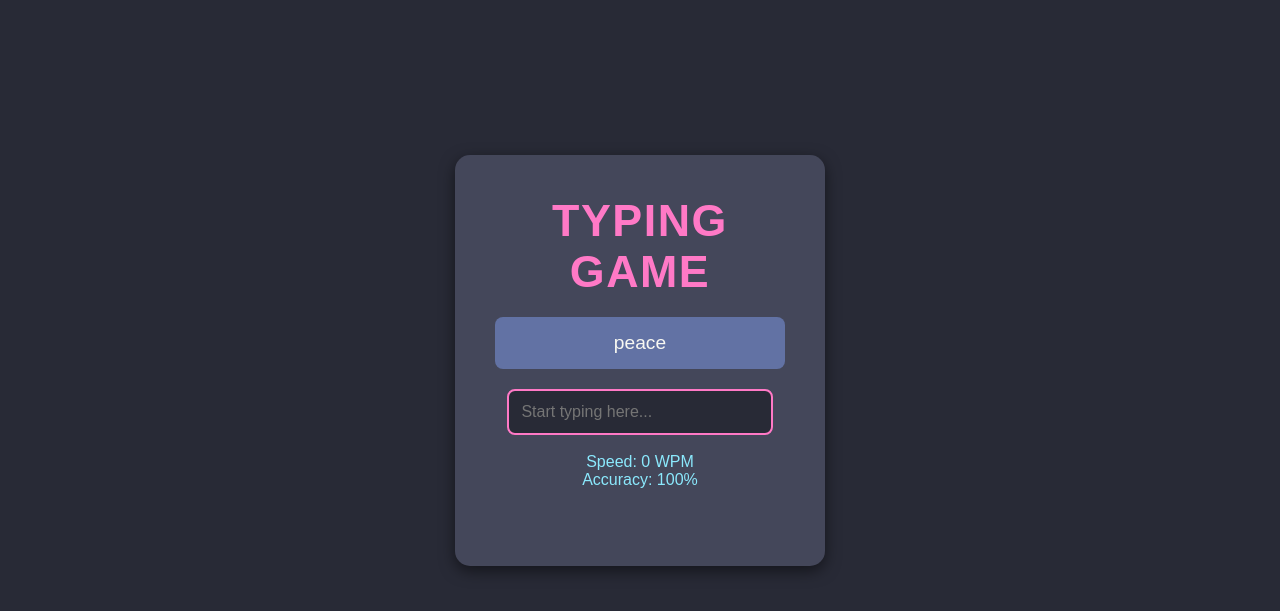
Repository: AlaaYou/Typing-Speed-Game
Page: index.html
An editor plug-in stored every save of this project. The page is shown before and after the next save, followed by the edit.
The browser window is 1280 px wide. The pictures show the whole page.

Above is the page before, as saved 2024-10-21 00:24:55.

### index.html
<!DOCTYPE html>
<html lang="en">
  <head>
    <meta charset="UTF-8" />
    <meta name="viewport" content="width=device-width, initial-scale=1.0" />
    <title>Typing Game</title>
    <link rel="stylesheet" href="styles.css" />
  </head>
  <body>
    <div id="game-container">
      <h1>Typing Game</h1>
      <p id="text-to-type">Here will be the text the user needs to type...</p>
      <input type="text" id="typing-input" placeholder="Start typing here..." />
      <div id="feedback">
        <br><p>Speed: <span id="speed">0</span> WPM</p>
        <p>Accuracy: <span id="accuracy">100</span>%</p>
      </div>
      <div id="message-area"></div>
    </div>
    <script src="script.js"></script>
  </body>
</html>

### styles.css
* {
  margin: 0;
  padding: 0;
  box-sizing: border-box;
}

body,
html {
  font-family: "Poppins", sans-serif;
  display: flex;
  justify-content: center;
  align-items: center;
  height: 100vh;
  background-color: #282a36;
  color: #f8f8f2;
}

#game-container {
  padding: 40px;
  border-radius: 15px;
  background: #44475a;
  box-shadow: 0 5px 15px rgba(0, 0, 0, 0.5);
  width: 90%;
  max-width: 700px;
  text-align: center;
}

@keyframes colorChange {
  0% { color: #ff79c6; }    /* Starting color */
  25% { color: #50fa7b; }   /* Change to green */
  50% { color: #f1fa8c; }   /* Change to yellow */
  75% { color: #ffb86c; }   /* Change to orange */
  100% { color: #ff79c6; }  /* Back to starting color */
}

h1 {
  animation: colorChange 5s infinite; /* Change color every 5 seconds */
  margin-bottom: 20px;
  font-size: 2.8rem;
  text-transform: uppercase;
  letter-spacing: 1.5px;
}

#text-to-type {
  margin: 20px 0;
  padding: 15px;
  border-radius: 8px;
  background-color: #6272a4;
  font-size: 1.2rem;
  animation: fadeIn 1s ease-out forwards;
}

@keyframes fadeIn {
  from {
    opacity: 0;
    transform: translateY(-20px);
  }
  to {
    opacity: 1;
    transform: translateY(0);
  }
}

#typing-input {
  width: calc(100% - 24px);
  padding: 12px;
  border: 2px solid #ff79c6;
  border-radius: 8px;
  background-color: #282a36;
  color: #f8f8f2;
  font-size: 1rem;
  transition: border-color 0.3s;
}

#typing-input:focus {
  outline: none;
  border-color: #50fa7b;
}

#feedback p {
  font-size: 1rem;
  color: #8be9fd;
}

.correct {
  color: #50fa7b;
}

.incorrect {
  color: #ff5555;
  text-decoration: line-through;
}

#message-area {
  font-weight: bold;
  min-height: 22px;
  color: #ffb86c;
  margin-top: 15px;
}

/* Responsive adjustments */
@media (max-width: 600px) {
  h1 {
    font-size: 2rem;
  }

  #text-to-type,
  #typing-input {
    font-size: 1rem;
  }
}

### script.js
document.addEventListener("DOMContentLoaded", () => {
  const textToTypeElement = document.getElementById("text-to-type");
  const typingInputElement = document.getElementById("typing-input");
  const speedElement = document.getElementById("speed");
  const accuracyElement = document.getElementById("accuracy");

  //Text to display
  const sampleTexts = ["apple", "ocean", "dream", "light", "friend",
  "music", "forest", "journey", "magic", "time",
  "sunshine", "whisper", "adventure", "river", "harmony",
  "inspire", "travel", "mountain", "candle", "soul",
  "freedom", "laughter", "echo", "star", "courage",
  "peace", "wildflower", "heartbeat", "cloud", "wisdom",
  "sunset", "echo", "serenity", "joy", "wonder"];

  let currentIndex = 0;
  let startTime = new Date();
  let errors = 0;


  function initializeGame() {
    const text = sampleTexts[Math.floor(Math.random() * sampleTexts.length)];
    textToTypeElement.textContent = text;
    typingInputElement.value = "";
    currentIndex = 0;
    startTime = new Date();
    errors = 0;

    updateFeedback();
  }

  function updateFeedback() {
    const currentTime = new Date();
    const elapsedTime = (currentTime - startTime) / 60000;
    if (elapsedTime <= 0) {
      speedElement.textContent = 0;
    } else {
      const wordsTyped = typingInputElement.value.trim().split(/\s+/).length;
      const speed = Math.round(wordsTyped / elapsedTime);
      speedElement.textContent = speed;
    }
    //cal accurracy
    const accuracy =
      currentIndex > 0
        ? Math.round(((currentIndex - errors) / currentIndex) * 100)
        : 100;
    accuracyElement.textContent = accuracy;
  }

  function checkCharacter(inputChar, targetChar) {
    if (inputChar !== targetChar) {
      errors++;
      //play error sound
      new Audio("/error.mp3").play();
      return false;
    } else {
      return true;
    }
  }

  function displayMessage(message) {
    const messageArea = document.getElementById("message-area");
    messageArea.textContent = message;
    setTimeout(() => {
      messageArea.textContent = "";
    }, 3000);
  }

  typingInputElement.addEventListener("input", (e) => {
    const typedText = typingInputElement.value;
    const targetText = textToTypeElement.textContent;
    if (currentIndex < targetText.length) {
      const isCorrect = checkCharacter(
        typedText[currentIndex],
        targetText[currentIndex]
      );

      textToTypeElement.innerHTML =
        targetText.substring(0, currentIndex) +
        `<span class='${isCorrect ? "correct" : "incorrect"}'>${
          targetText[currentIndex]
        }</span>` +
        targetText.substring(currentIndex + 1);
      currentIndex++;
      if (currentIndex === targetText.length) {
        displayMessage("Text completed starting a new one.");
        initializeGame();
      }
    }

    updateFeedback();
  });

  initializeGame();
});

After the next save:
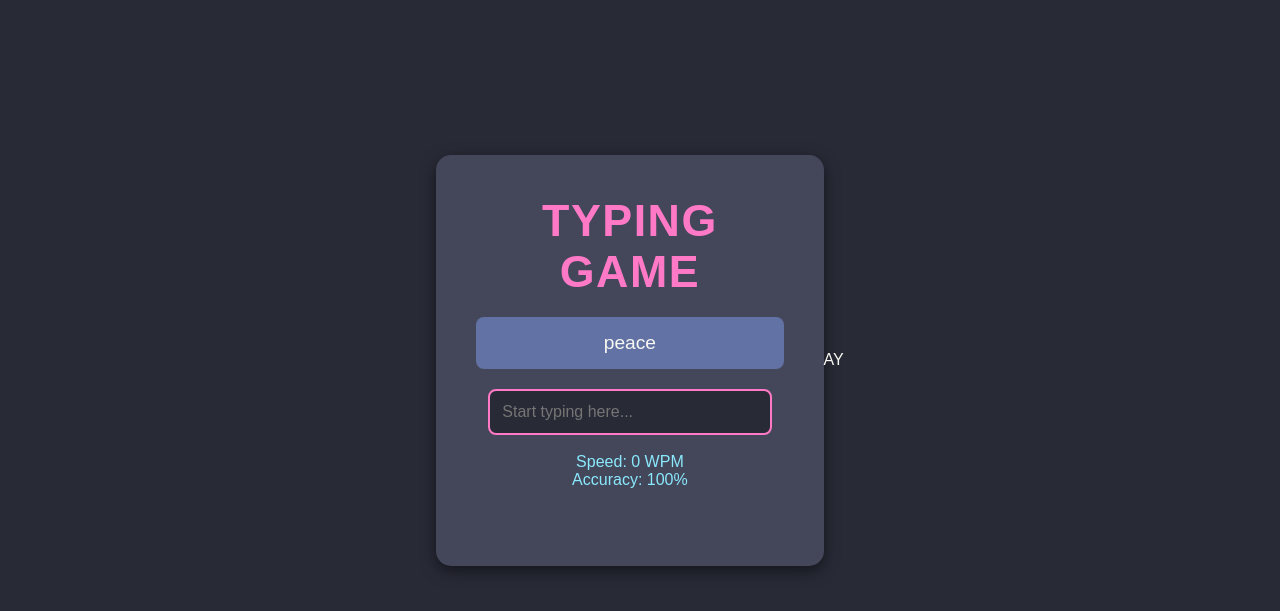
Saved 29 s later.
--- a/index.html
+++ b/index.html
@@ -19,4 +19,5 @@
     </div>
     <script src="script.js"></script>
   </body>
+  <p>AY</p>
 </html>

After the 2 saves that followed:
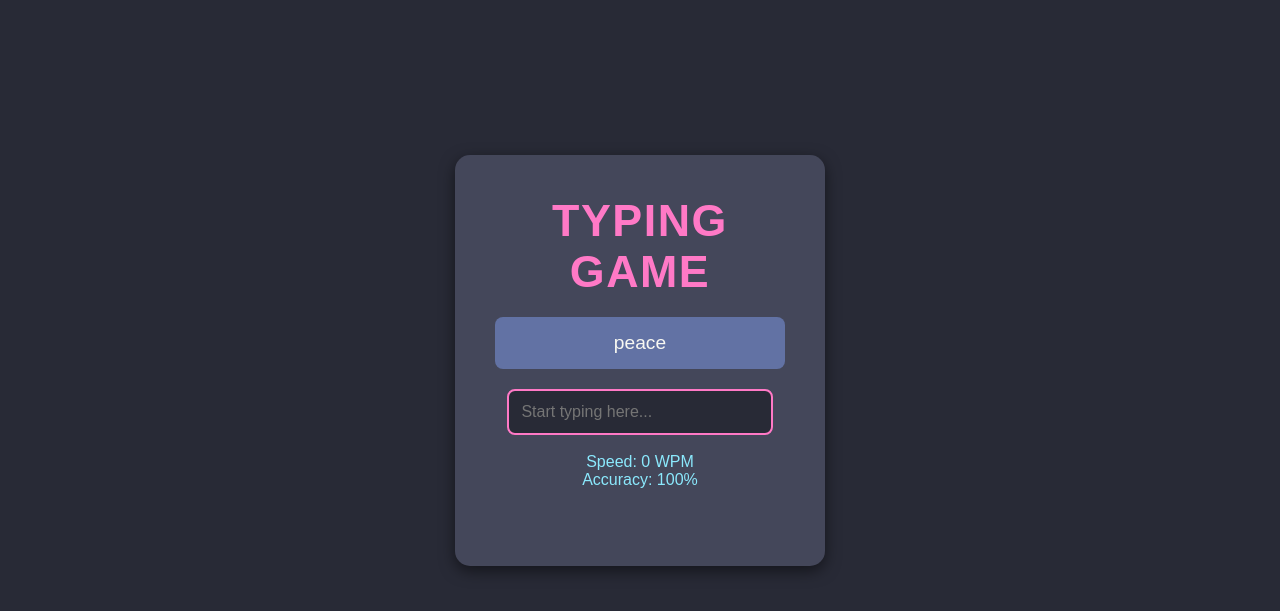
The 2 saves are shown as one change because 1 left the picture as it was.
The last was saved 26 s later.
--- a/index.html
+++ b/index.html
@@ -19,5 +19,4 @@
     </div>
     <script src="script.js"></script>
   </body>
-  <p>AY</p>
 </html>
